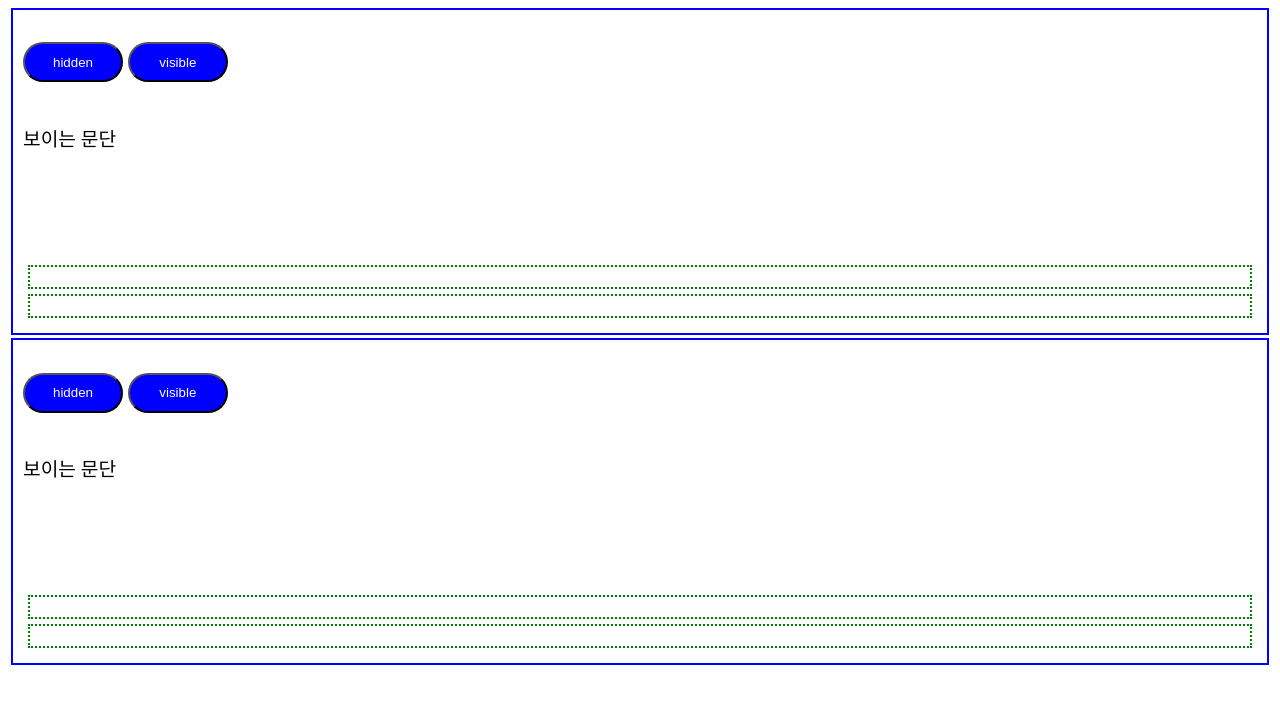
Repository: patternlobe-stack/MY_repository
Page: webpro/src/main/webapp/0915/visible필터.html
The author's editor kept a copy of each file at every save. The page is drawn from the files as they stood at one save, then again after the next save.
The browser window is 1280 px wide. The pictures show the whole page.

Above is the page before, as saved 2025-09-15 08:37:45.

After the next save:
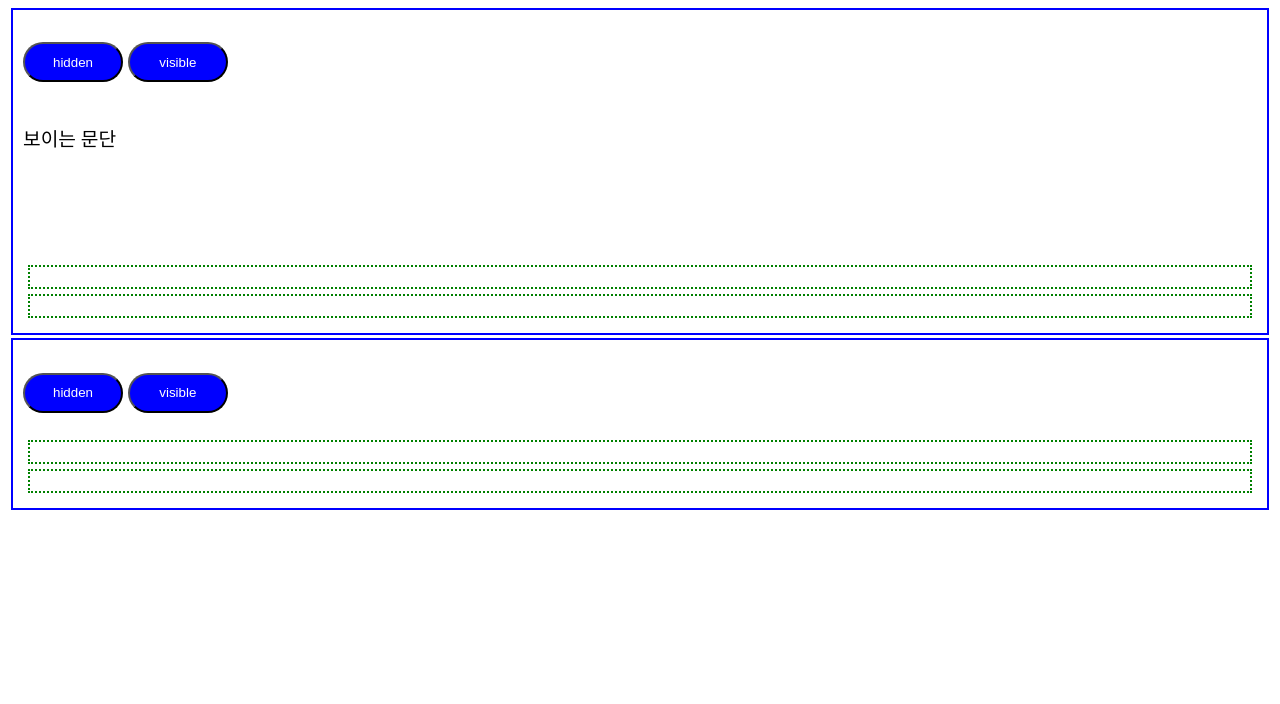
Saved 10 s later.
--- a/webpro/src/main/webapp/0915/visible필터.html
+++ b/webpro/src/main/webapp/0915/visible필터.html
@@ -51,10 +51,6 @@ $(()=>{
 	<input type="button" id="visi2" value="visible" />
     <br /><br />
 
-    <p> 보이는 문단</p>
-    <p style="visibility:hidden;">숨겨진 문단</p>
-    <p style="display:none;"> 자리를 차지 하지 못한 문단 </p>
-    <p style="opacity:0;"> 투명한 문단</p>
 
     <div id="result3"></div>
     <div id="result4"></div>
